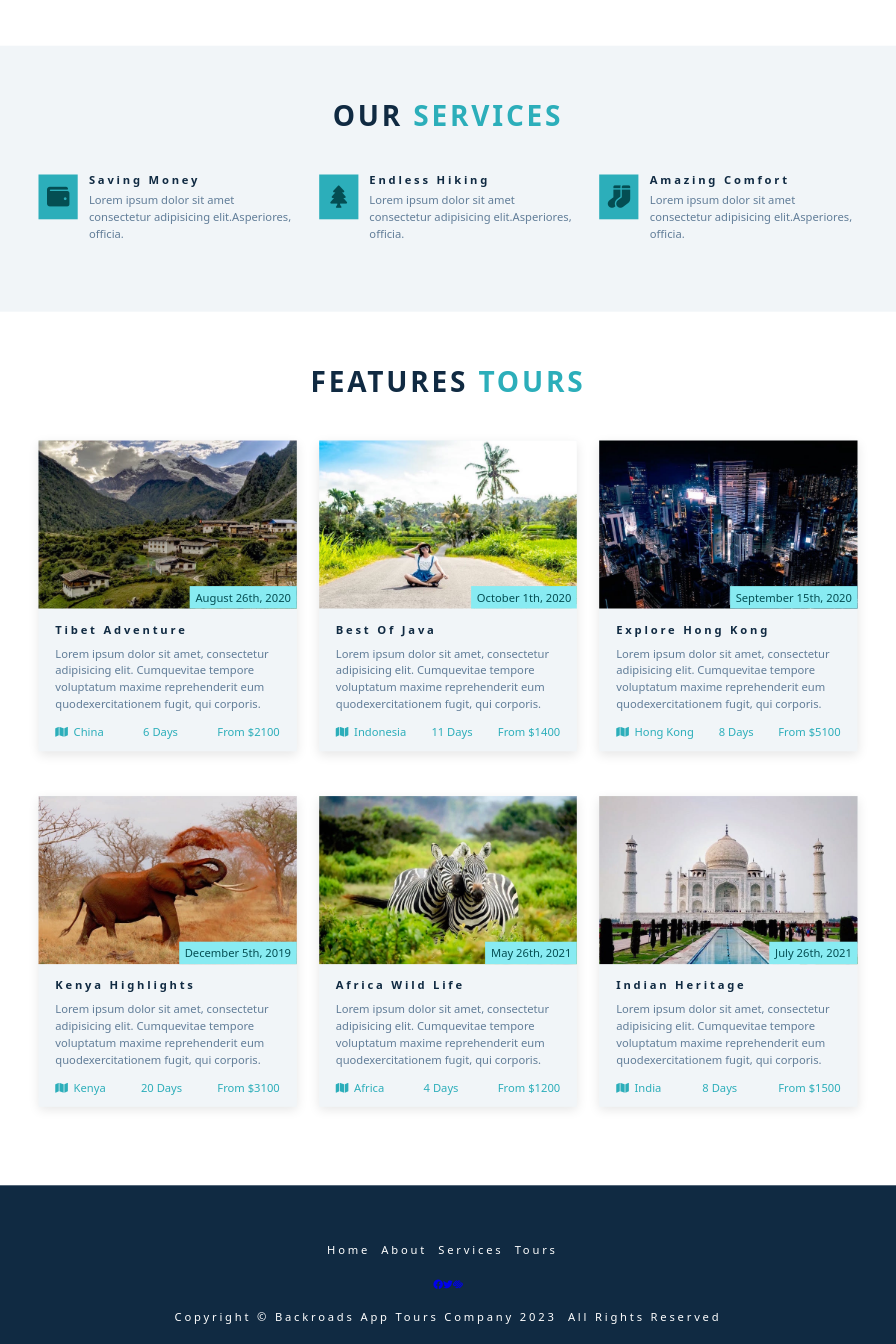
Repository: shivyank121/backRoad-app
Page: /
These files come from the project's save history. The page is drawn as it stood at one moment and after the next save; the edit follows.
The browser window is 1280 px wide. The pictures show the part of the page from y = 1345 to 3265 px (the page is 3344 px tall before and 3268 px after), at 70% of full size.
Some web libraries are served in a nearby version. The project was rebuilt for these pictures with package versions that can differ from the ones it lists, and the page was loaded fresh each time.

Above is the page before, as saved 2023-08-21 18:30:08.

After the next save:
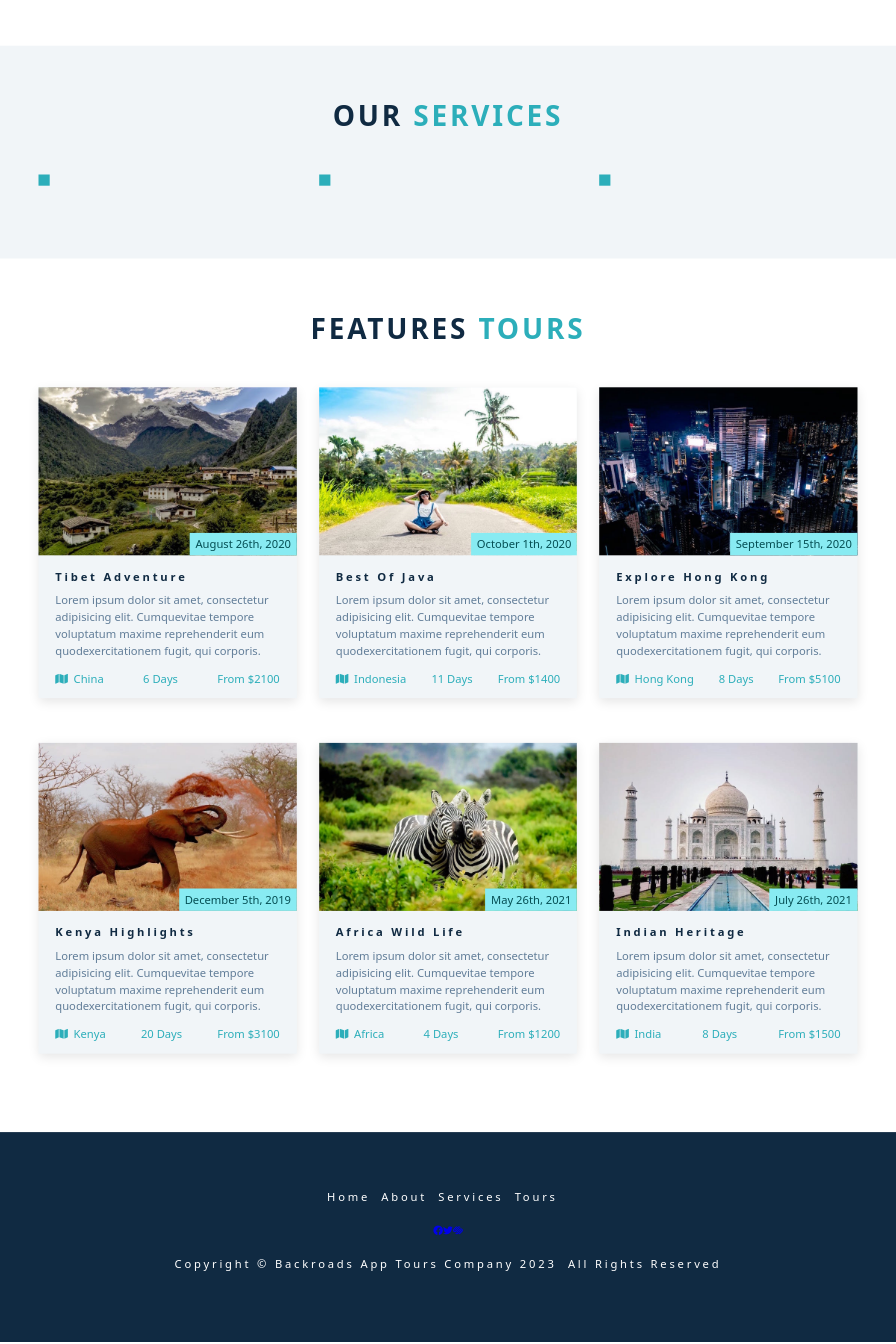
Saved 20 s later.
--- a/src/components/Services.js
+++ b/src/components/Services.js
@@ -16,15 +16,7 @@
           const {id, icon, title, text} = service;
 
           return (
-            <article className="service" key={id}>
-            <span className="service-icon"><i className={icon}></i></span>
-            <div className="service-info">
-              <h4 className="service-title">{title}</h4>
-              <p className="service-text">
-                {text}
-              </p>
-            </div>
-          </article>
+           <Service />
           )
         })}
 

After the 2 saves that followed:
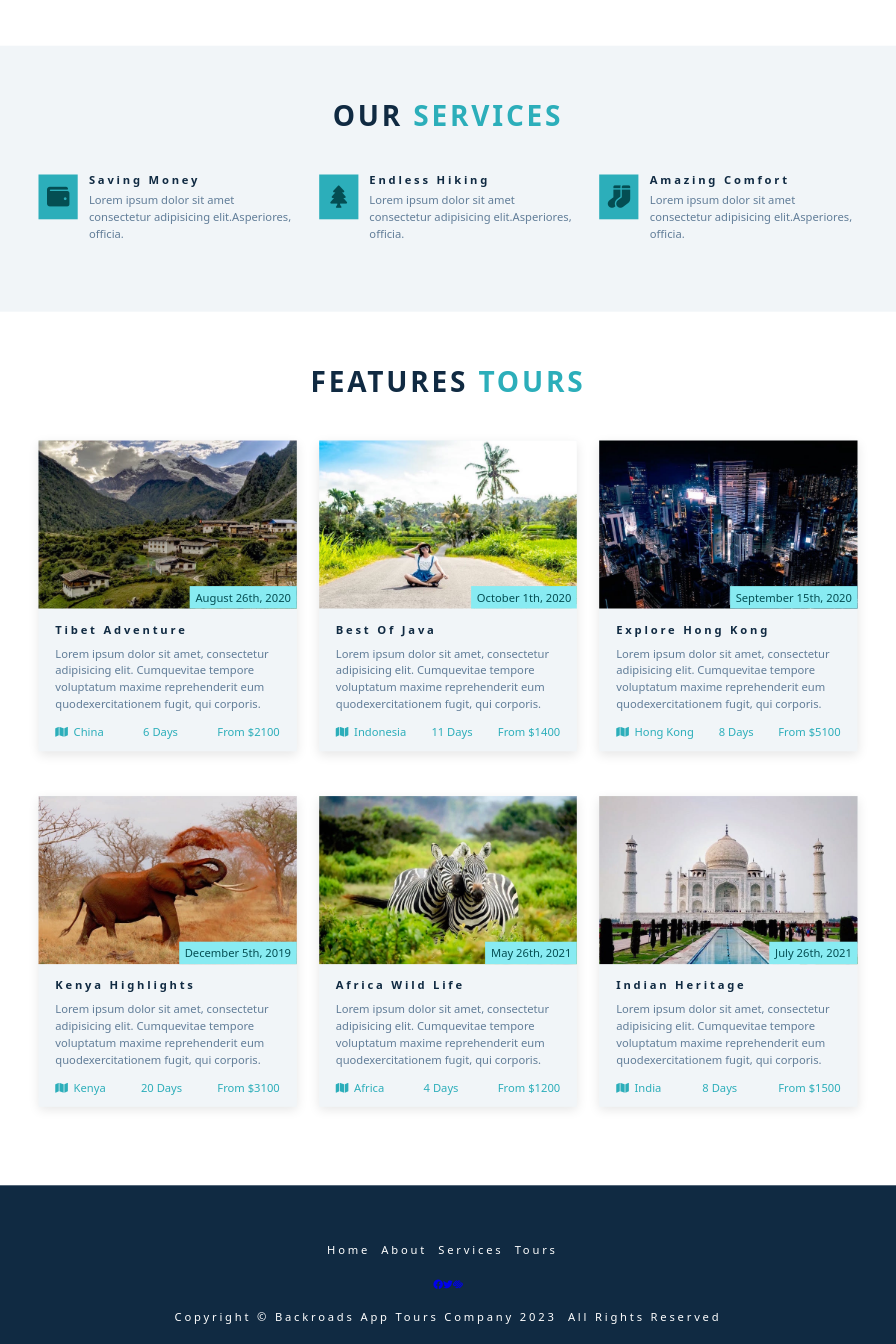
The 2 saves are shown as one change because 1 did not build or start.
The last was saved 118 s later.
--- a/src/components/Services.js
+++ b/src/components/Services.js
@@ -13,10 +13,9 @@
       <div className="section-center services-center">
 
         {services.map((service)=>{
-          const {id, icon, title, text} = service;
 
           return (
-           <Service />
+           <Service key={service.id} {...service} />
           )
         })}
 
